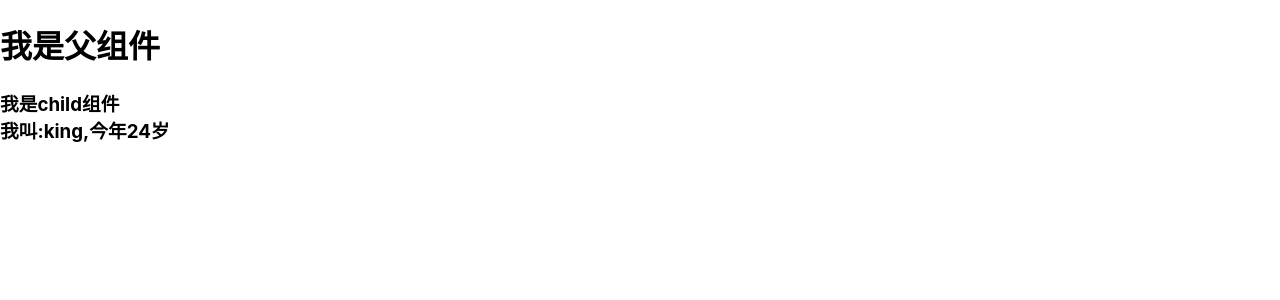
Repository: AprilChou4/cra-demo
Page: /
These files come from the project's save history. The page is drawn as it stood at one moment and after the next save; the edit follows.
The browser window is 1280 px wide. The pictures show the whole page.
The project was rebuilt for these pictures with package versions that can differ from the ones it lists, and the page was loaded fresh each time.

Above is the page before, as saved 2021-02-24 10:54:02.

After the next save:
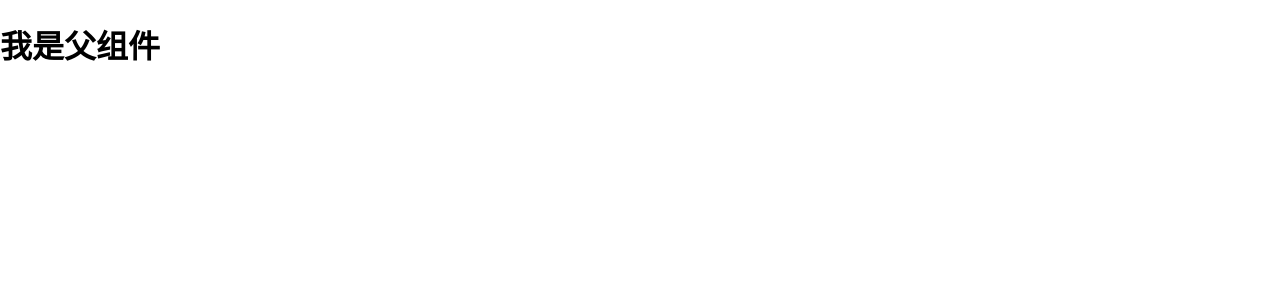
Saved 35 s later.
--- a/src/component/ReactLife/Father.jsx
+++ b/src/component/ReactLife/Father.jsx
@@ -23,7 +23,7 @@
     return (
       <div className="app">
         <h1> 我是父组件</h1>
-        <Child name={name} age={age} />
+        {/* <Child name={name} age={age} /> */}
       </div>
     );
   }

After the 2 saves that followed:
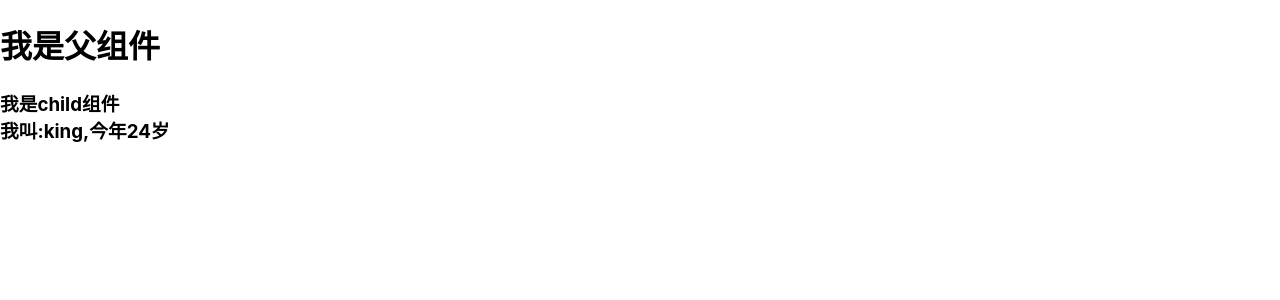
The 2 saves are shown as one change because 1 left the picture as it was.
The last was saved 69 s later.
--- a/src/index.js
+++ b/src/index.js
@@ -1,7 +1,7 @@
 import React from 'react';
 import ReactDOM from 'react-dom';
 import './index.css';
-import App from './component/ReactLife';
+import App from './component/ReactLife/Father';
 
 ReactDOM.render(
   <React.StrictMode>
--- a/src/component/ReactLife/Father.jsx
+++ b/src/component/ReactLife/Father.jsx
@@ -23,7 +23,7 @@
     return (
       <div className="app">
         <h1> 我是父组件</h1>
-        {/* <Child name={name} age={age} /> */}
+        <Child name={name} age={age} />
       </div>
     );
   }
